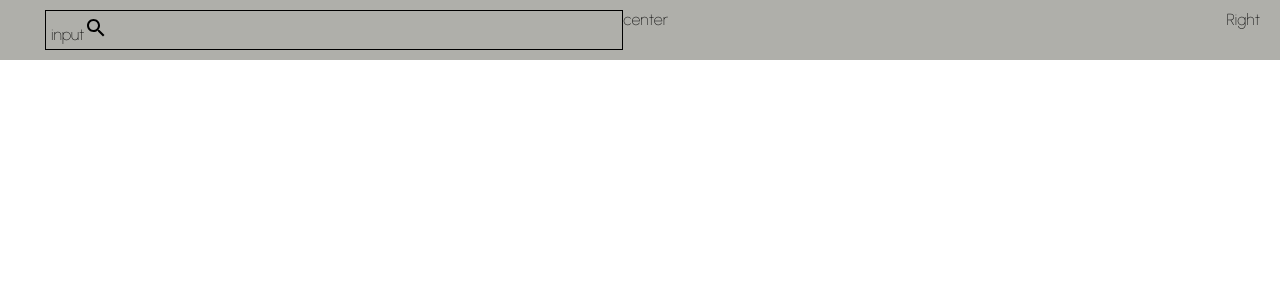
Repository: WaiMaungMaung/React_Ecom
Page: /
An editor plug-in stored every save of this project. The page is shown before and after the next save, followed by the edit.
The browser window is 1280 px wide. The pictures show the whole page.
The project was rebuilt for these pictures with package versions that can differ from the ones it lists, and the page was loaded fresh each time.

Above is the page before, as saved 2022-05-04 22:59:47.

### public/index.html
<!DOCTYPE html>
<html lang="en">
  <head>
    <meta charset="utf-8" />
    <link rel="icon" href="%PUBLIC_URL%/favicon.ico" />

    <link
      href="https://fonts.googleapis.com/css2?family=Urbanist:wght@100&display=swap"
      rel="stylesheet"
    />

    <style>
      * {
        margin: 0;
        font-family: "Urbanist", sans-serif;
      }
    </style>
    <title>React App</title>
  </head>
  <body>
    <noscript>You need to enable JavaScript to run this app.</noscript>
    <div id="root"></div>
  </body>
</html>

### src/pages/Home.jsx
import React from "react";
import NavBar from "../components/NavBar";

const Home = () => {
  return (
    <div>
      <NavBar />
    </div>
  );
};

export default Home;

### src/components/NavBar.jsx
import { Search } from "@material-ui/icons";
import React from "react";
import styled from "styled-components";
const Container = styled.div`
  height: 60px;
  background-color: #afafaa;
`;

const Wrapper = styled.div`
  padding: 10px 20px;
  display: flex;
  justify-content: space-between;
`;

const SearchContainer = styled.div`
  border: 0.5px solid black;
  margin-left: 25px;
  align-center: center;
  padding: 5px;
`;
const Input = styled.input``;

const Language = styled.span``;
const Left = styled.div`
  flex: 1;
`;

const Center = styled.div`
  flex: 1;
`;
const Right = styled.div``;
const NavBar = () => {
  return (
    <Container>
      <Wrapper>
        <Left>
          <SearchContainer>
            input
            <Search />
          </SearchContainer>
        </Left>
        <Center>center</Center>
        <Right>Right</Right>
      </Wrapper>
    </Container>
  );
};

export default NavBar;

Loaded but not shown: src/index.js (common file); src/App.js (common file)

After the next save:
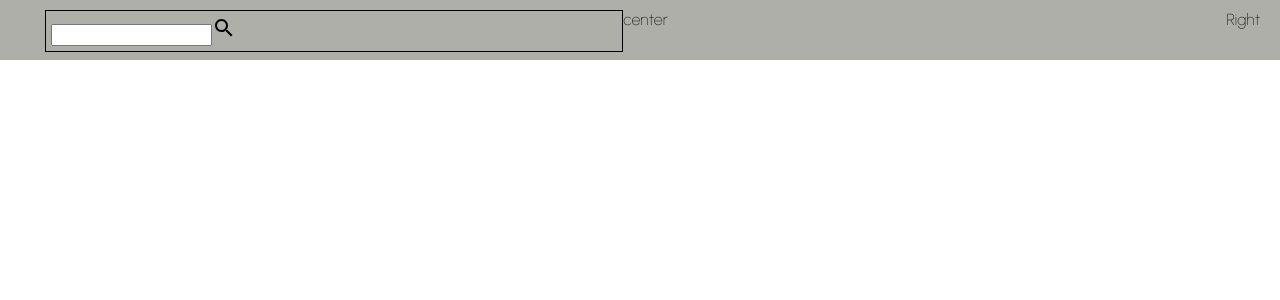
Saved 9 s later.
--- a/src/components/NavBar.jsx
+++ b/src/components/NavBar.jsx
@@ -35,7 +35,7 @@ const NavBar = () => {
       <Wrapper>
         <Left>
           <SearchContainer>
-            input
+            <Input />
             <Search />
           </SearchContainer>
         </Left>
